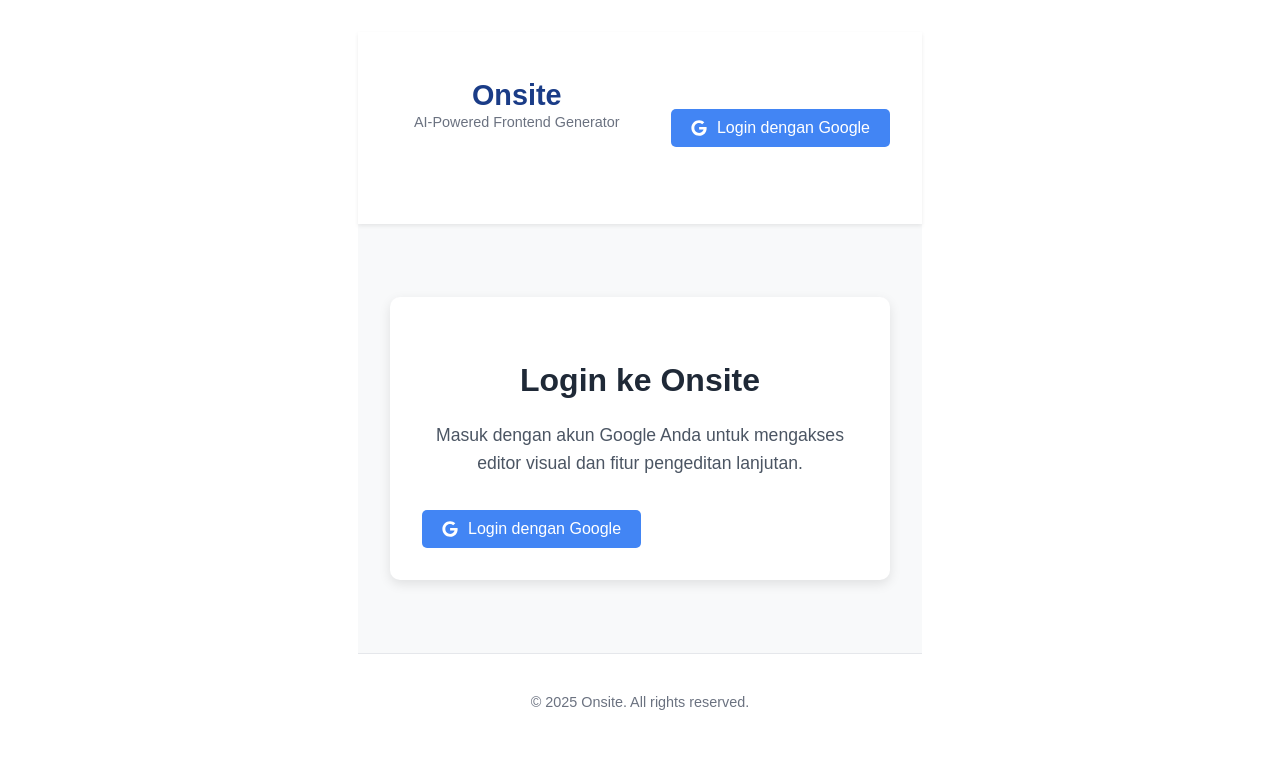
Repository: arifsoul/onsite
Page: /login (app in onsite/)
An editor plug-in stored every save of this project. The page is shown before and after the next save, followed by the edit.
The browser window is 1280 px wide. The pictures show the whole page.
The project was rebuilt for these pictures with package versions that can differ from the ones it lists, and the page was loaded fresh each time. Also part of the build but not shown: onsite/vite.config.js, onsite/src/services/deepseekApi.js, onsite/src/components/Generator/AIGenerator.css, onsite/src/components/Generator/AIGenerator.jsx, onsite/src/components/Preview/LivePreview.css, onsite/src/components/Preview/LivePreview.jsx, onsite/src/pages/Home.jsx, onsite/src/components/Editor/CSSPanel.jsx and 4 more.

Above is the page before, as saved 2025-04-14 17:02:11.

After the next save:
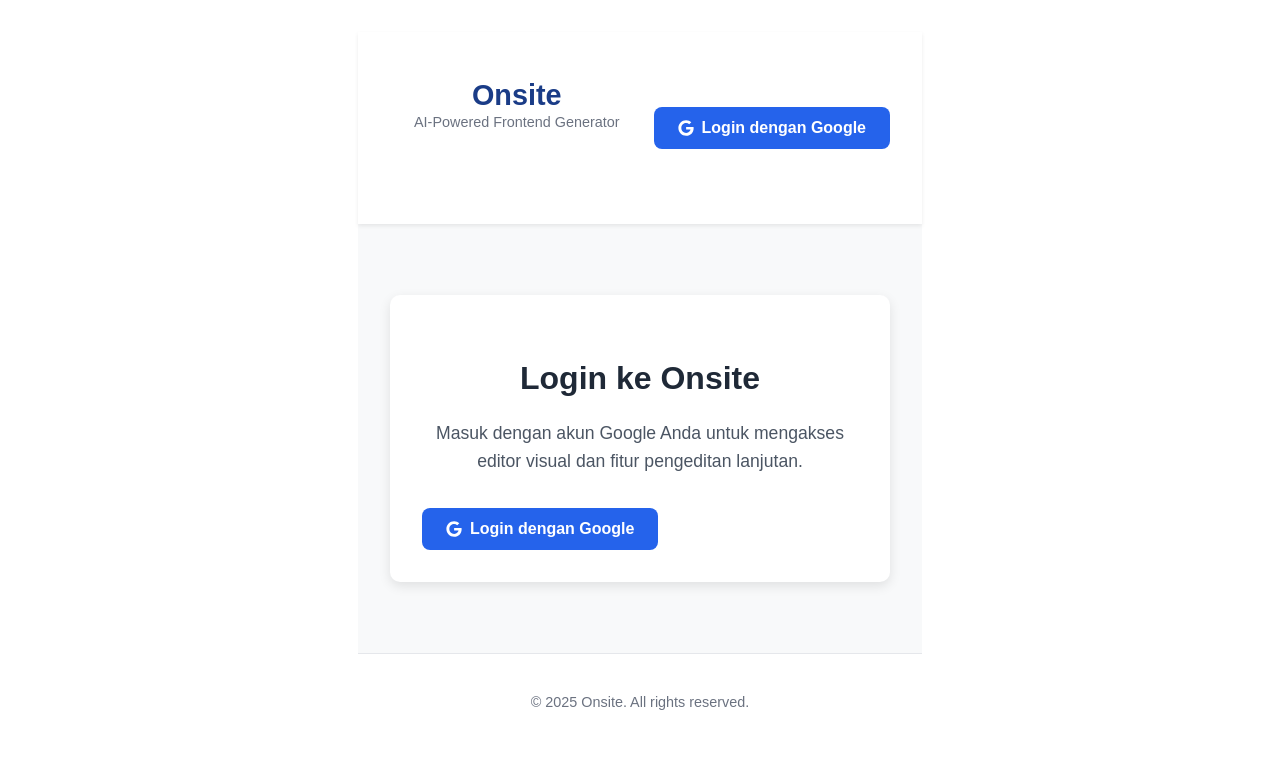
Saved 11 s later.
--- a/onsite/src/components/Auth/GoogleLogin.css
+++ b/onsite/src/components/Auth/GoogleLogin.css
@@ -1,33 +1,52 @@
+/* src/components/Auth/GoogleLogin.css */
 .google-login-btn {
   display: flex;
   align-items: center;
-  gap: 10px;
-  padding: 10px 20px;
-  background-color: #4285f4;
-  color: white;
+  gap: 0.5rem;
+  padding: 0.75rem 1.5rem;
+  background-color: #2563eb;
+  color: #ffffff;
   border: none;
-  border-radius: 5px;
+  border-radius: 8px;
+  font-size: 1rem;
+  font-weight: 600;
   cursor: pointer;
-  font-size: 16px;
+  transition: background-color 0.2s;
+}
+
+.google-login-btn:hover {
+  background-color: #1d4ed8;
 }
 
 .user-info {
   display: flex;
   align-items: center;
-  gap: 10px;
+  gap: 0.75rem;
 }
 
 .user-info img {
   border-radius: 50%;
-  width: 40px;
-  height: 40px;
+  width: 36px;
+  height: 36px;
+}
+
+.user-info span {
+  font-size: 1rem;
+  color: #1f2937;
 }
 
 .logout-btn {
-  padding: 5px 10px;
-  background-color: #dc3545;
-  color: white;
+  padding: 0.5rem 1rem;
+  background-color: #dc2626;
+  color: #ffffff;
   border: none;
-  border-radius: 5px;
+  border-radius: 8px;
+  font-size: 0.9rem;
+  font-weight: 600;
   cursor: pointer;
+  transition: background-color 0.2s;
 }
+
+.logout-btn:hover {
+  background-color: #b91c1c;
+}
